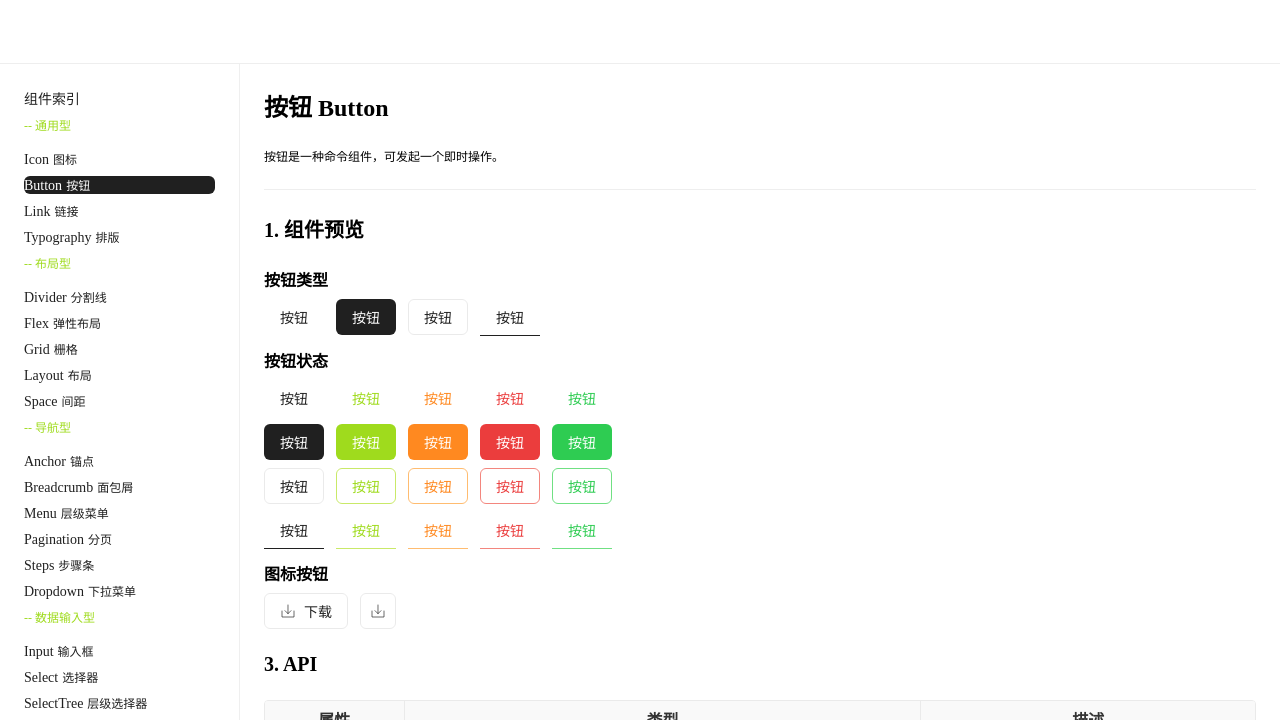
Repository: suminhan007/LandDesign
Page: /
An editor plug-in stored every save of this project. The page is shown before and after the next save, followed by the edit.
The browser window is 1280 px wide. The pictures show the whole page.
An inner scrolling area shows only its first screen. The project was rebuilt for these pictures with package versions that can differ from the ones it lists, and the page was loaded fresh each time. Also part of the build but not shown: vite.config.ts, packages/Pop.tsx, example/components/ComponentPreview.tsx, example/components/IconExample.tsx.

Above is the page before, as saved 2024-03-17 19:17:21.

### index.html
<!DOCTYPE html>
<html lang="en">
  <head>
    <meta charset="UTF-8" />
    <link rel="icon" type="image/svg+xml" href="/vite.svg" />
    <meta name="viewport" content="width=device-width, initial-scale=1.0" />
    <title>Land Design</title>
  </head>
  <body>
    <div id="root"></div>
    <script type="module" src="/example/main.tsx"></script>
  </body>
</html>

### example/App.tsx
import React, { useState } from 'react';
import styled from 'styled-components';
import "./app.css";
import '../style/atomic.scss';
import '../style/variable.scss';

import Button from '../packages/Button';
import Divider from '../packages/Divider';
import Table from '../packages/Table';
import Title from '../packages/Title';
import ComponentPreview from './components/ComponentPreview';

// 引入数据
import {
  COMMON_COMPONENTS_DATA,
  LAYOUT_COMPONENTS_DATA,
  NAV_COMPONENTS_DATA,
  INPUT_COMPONENTS_DATA,
  DISPLAY_COMPONENTS_DATA,
  FEEDBACK_COMPONENTS_DATA,
  TEXT_COMPONENTS_DATA,
  OTHER_COMPONENTS_DATA
} from './mock';

const Nav_Data = [
  { id: 1, data: COMMON_COMPONENTS_DATA, title: '通用型' },
  { id: 2, data: LAYOUT_COMPONENTS_DATA, title: '布局型' },
  { id: 3, data: NAV_COMPONENTS_DATA, title: '导航型' },
  { id: 4, data: INPUT_COMPONENTS_DATA, title: '数据输入型' },
  { id: 5, data: DISPLAY_COMPONENTS_DATA, title: '输入展示型' },
  { id: 6, data: FEEDBACK_COMPONENTS_DATA, title: '反馈型' },
  { id: 7, data: TEXT_COMPONENTS_DATA, title: '文字型' },
  { id: 8, data: OTHER_COMPONENTS_DATA, title: '其他' },
]

function App() {
  const [activedId, setActivedId] = useState<number>(2);
  return (
    <div>
      <StyledTopNav></StyledTopNav>
      <div className='flex'>
        <StyledLeftNav className='flex column gap-20 py-24 px-24 overflow-auto'>
          {/* <Title title='-- 组件索引' type='p' className='my-8' style={{ color: 'var(--color-primary-6)' }} /> */}
              <Button
                text='组件索引'
                width='100%'
                justify='start'
                type={activedId === 0 ? 'background' : 'text'}
                onClick={() => setActivedId(0)}
              />
          {
            Nav_Data.map(navItem =>
              <div className='flex column gap-8'>
                <Title title={`-- ${navItem.title}`} type='p' className='my-8' style={{ color: 'var(--color-primary-6)' }} />
                {
                  navItem.data?.map(navBtnItem =>
                    <Button
                      key={navBtnItem.id}
                      text={navBtnItem.en}
                      subText={navBtnItem.zh}
                      width='100%'
                      justify='start'
                      type={activedId === navBtnItem.id ? 'background' : 'text'}
                      onClick={() => setActivedId(navBtnItem.id)}
                    />
                  )
                }
              </div>
            )
          }
        </StyledLeftNav>
        <StyledRightContent className='flex p-24 overflow-auto'>
          {/* 组件索引 */}
          {activedId === 0 && <ComponentPreview/>}
          {
            activedId != 0 && COMMON_COMPONENTS_DATA.filter(itm => itm.id === activedId).map(item =>
              <div className='width-100 flex column gap-24 mb-24' style={{height: 'fit-content'}}>
                <Title title={`${item.zh} ${item.en}`} type='h1' />
                <Title title={item.desc} type='p'/>
                <Divider />
                <Title title='1. 组件预览' type='h2' />
                  {item.example}
                <Title title='3. API' type='h2' />
                <Table titleData={[{ title: '属性', value: 'props' }, { title: '类型', value: 'type' }, { title: '描述', value: 'desc' }]} data={item.props} style={{ width: '100%' }} />

              </div>
            )
          }
        </StyledRightContent>
      </div>
    </div>
  )
}

const StyledTopNav = styled.div`
  height: 64px;
  border-bottom: 1px solid #eee;
  box-sizing: border-box;
`

const StyledLeftNav = styled.div`
    width: 240px;
    height: calc(100vh - 64px);
    flex-shrink: 0;
    border-right: 1px solid var(--color-border-1);
    box-sizing: border-box;
`

const StyledRightContent = styled.div`
    width: calc(100% - 48px);
    height: calc(100vh - 64px);
    box-sizing: border-box;
`

export default App

### example/app.css
body,
h1,
h2,
h3,
a,
p {
    margin: 0;
    padding: 0;
}

### style/variable.scss
:root{
    // 主题色
    --color-primary-1: #FCFFE8; // 背景
    --color-primary-2: #EDF8BB; // 文字禁用
    --color-primary-3: #DCF190; // 禁用
    --color-primary-4: #C9E968; // 特殊选中 & 边框
    --color-primary-5: #B5E241; // 悬浮 :hover
    --color-primary-6: #9FDB1D; // 常规
    --color-primary-7: #7EB712; // 点击 :active
    --color-primary-8: #5F940A; // 已点击

    // 状态色: success warnning error
    --color-red-1: #FFECE8;
    --color-red-2: #FBCBC4;
    --color-red-3: #F7A9A1;
    --color-red-4: #F3867E;
    --color-red-5: #EF625D;
    --color-red-6: #EB3D3D;
    --color-red-7: #C3262B;
    --color-red-8: #9C141D;

    --color-orange-1: #FFF7E8;
    --color-orange-2: #FFE6C0;
    --color-orange-3: #FFD298;
    --color-orange-4: #FFBC70;
    --color-orange-5: #FFA448;
    --color-orange-6: #FF8920;
    --color-orange-7: #D26614;
    --color-orange-8: #A6490A;

    --color-green-1: #E8FFEA;
    --color-green-2: #BDF5C3;
    --color-green-3: #95EBA1;
    --color-green-4: #70E083;
    --color-green-5: #4ED669;
    --color-green-6: #2ECC52;
    --color-green-7: #1DAC43;
    --color-green-8: #108C35;

    // 链接色
    --color-link-1: #E8F3FF;
    --color-link-2: #BEDAFF;
    --color-link-3: #94BFFF;
    --color-link-4: #6AA1FF;
    --color-link-5: #4080FF;
    --color-link-6: #165DFF;
    --color-link-7: #0E42D2;
    --color-link-8: #072CA6;

    // 标签色 & 数据色
    --color-tag-1: #F53F3F;
    --color-tag-2: #FF7D00;
    --color-tag-3: #23C343;
    --color-tag-4: #14C9C9;
    --color-tag-5: #3491FA;
    --color-tag-6: #8D4EDA;
    --color-tag-7: #FF4A83;
    --color-tag-8: #4e5969;
    --color-tag-9: #DDBEF6;
    --color-tag-10: #FF99B2;
    --color-tag-11: #AFF0B5;

    // 边框色(无交互)
    --color-border-1: #EFEFEF; // 常规
    --color-border-2: #EAEAEA; // 重边框

    // 边框粗细
    --border-1: 1px;
    --border-2: 2px;

    // 背景色
    --color-bg-white: #FFF;
    --color-bg-1: #F9F9F9;
    --color-bg-2: #F6F6F6;
    --color-bg-3: #FAFAFA;

    // 文字色
    --color-text-1: #0D0D0D;
    --color-text-2: #202020;
    --color-text-3: #555;
    --color-text-4: #888;
    --color-text-light: #F9F9F9;
    --color-text-white: #FFF;

    // 字号
    --font-content-small: 12px; // 正文-小
    --font-content-medium: 14px; // 正文-常规
    --font-content-large: 16px; // 正文-大
    --font-title-mini: 12px; // 标题-辅助
    --font-title-small: 16px; // 标题-小
    --font-title-medium: 20px; // 标题-常规
    --font-title-large: 24px; // 标题常-大
    --font-slogan-small: 36px; // 视觉标题-小
    --font-slogan-medium: 48px; // 视觉标题-常规
    --font-slogan-large: 64px; // 视觉标题常-大

    // 字重
    --font-weight-300: 300; // light
    --font-weight-400: 400; // regular
    --font-weight-500: 500; // bold
    --font-weight-500: 600; // heavy

    // 亲密性
    --size-4: 4px;
    --size-8: 8px;
    --size-12: 12px;
    --size-24: 24px;
    --size-36: 36px;
    --size-48: 48px;
    --size-80: 80px;

    // 图标尺寸
    --icon-mini: 12px;
    --icon-small: 16px;
    --icon-medium: 20px;
    --icon-large: 24px;

    // 圆角
    --radius-2: 2px;
    --radius-4: 4px;
    --radius-6: 6px;
    --radius-8: 8px;
    --radius-12: 12px;
    --radius-20: 20px;
    --radius-50: 50%;

    // 间距
    --padding-small: 4px;
    --padding-medium: 8px 16px;
    --padding-large: 16px;

    // 背景模糊
    ---blur-small: blur(10px);
    ---blur-medium: blur(15px);
    ---blur-large: blur(30px);

    // 透明度
    ---opacity-0: 0;
    ---opacity-01: 0.1;
    ---opacity-02: 0.2;
    ---opacity-04: 0.4;
    ---opacity-68: 0.68;
    ---opacity-08: 0.8;
    ---opacity-09: 0.9;
    ---opacity-1: 1;

    // 投影
    --boxshadow-small: 0 0px 4px rgba(0, 0, 0, 0.1);
    --boxshadow-medium: 0 0 10px rgba(0, 0, 0, 0.1);
    --boxshadow-large: 0 0 20px rgba(0, 0, 0, 0.1);

    // 过渡
    --transition-15: 0.15s;
    --transition-2: 0.2s;
    --transition-3: 0.3s;
    --transition-8: 0.8s;

    /****** 暗黑模式 ******/
}

### packages/Button.tsx
import React, { CSSProperties, useMemo } from 'react'
import styled from 'styled-components'
// import { IconLoading } from './Icon';
import Pop, { PopProps } from './Pop';

export type ButtonProps = {
  /* 按钮主要文案 */
  text?: string;
  /* 按钮次要文案 */
  subText?: string;
  /* 按钮图标: 若仅指定 icon 而未指定文案，则渲染为按钮图标（宽高一致） */
  icon?: React.ReactNode;
  /* 设置按钮宽度&高度：设置后 padding 将不起作用 */
  width?: string | number;
  height?: string | number;
  /* 按钮文字对齐方式 */
  justify?: 'center' | 'start' | 'end';
  /* 按钮风格 */
  type?: 'text' | 'background' | 'border' | 'line';
  /* 按钮状态 */
  status?: 'default' | 'primary' | 'warning' | 'danger' | 'success';
  /* 是否禁用 */
  disabled?: boolean;
  /* 是否记载中 */
  loading?: boolean;
  /* 按钮气泡 */
  pop?: React.ReactNode | string;
  /* 气泡配置 */
  PopProps?: PopProps;
  /* 跳转链接：按钮作为 a 标签 */
  href?: string;
  /* a 标签对应的 target 属性 */
  target?: '_self' | '_blank' | '_top' | '_parent';
  /* 按钮点击事件 */
  onClick?: (e: React.UIEvent) => void;
  style?: CSSProperties;
  className?: string;
}

const Button: React.FC<ButtonProps> = ({
  text,
  subText,
  icon,
  width,
  height,
  justify = 'center',
  type = 'border',
  status = 'default',
  disabled,
  loading,
  pop,
  PopProps,
  href,
  target = '_blank',
  onClick,
  style,
  className = ''
}) => {
  /* 仅指定 icon 属性时 iconOnly 默认为true */
  const iconOnly = useMemo(() => {
    if (icon) {
      if (!text && !subText) return true;
    } else {
      return false;
    }
  }, [icon, text, subText])

  // 配置按钮颜色
  const buttonColorConfig = useMemo(() => {
    switch (status) {
      case 'success': return 'var(--color-green-';
      case 'warning': return 'var(--color-orange-';
      case 'danger': return 'var(--color-red-';
      case 'primary': return 'var(--color-primary-';
      default: return '';
    }
  }, [status])
  return (
    <>
      {!href ?
        <StyledButton
          className={`land-button ${type} ${status} ${iconOnly ? 'iconOnly' : ''} ${disabled ? 'disabled' : ''} ${pop ? 'hover-pop' : ''} ${className}`}
          style={style}
          width={width}
          height={height}
          justify={justify}
          color={buttonColorConfig}
          onClick={(e: React.UIEvent) => onClick?.(e)}
        >
          {loading ? <>load</> : icon}
          {!iconOnly && <div>
            <span>{text}</span>
            {subText && <span className='subText'>{subText}</span>}
          </div>}
          {pop && <Pop content={pop} {...PopProps} />}
        </StyledButton>
        :
        <StyleButtonLink
          href={href}
          target={target}
          className={`land-button ${pop ? 'hover-pop' : ''} ${className}`}
          style={style}
          width={width}
          height={height}
          justify={justify}
          color={buttonColorConfig}
          onClick={(e: React.UIEvent) => onClick?.(e)}
        >
          {/* {loading ? <IconLoading /> : icon} */}
          {!iconOnly && <div>
            <span>{text}</span>
            <span className='subText'>{subText}</span>
          </div>}
          {pop && <Pop content={pop} {...PopProps} />}
        </StyleButtonLink>
      }
    </>
  )
}

const StyledButton = styled.div<{
  justify?: any;
  color?: string;
  width?; string;
  height?: string;
}>`
    position: relative;
    display: flex;
    align-items: center;
    justify-content: ${props => props.justify};
    gap: var(--size-8);
    padding: ${props => props.width ? '' : 'var(--padding-medium)'};
    width: ${props => props.width ? props.width : 'fit-content'};
    height: ${props => props.height ? props.height : 'fit-content'};
    color: ${props => props.color ? `${props.color}6)` : 'var(--color-text-2)'};
    &:hover {
      color: ${props => props.color ? `${props.color}5)` : 'var(--color-text-3)'};
    }
    &:active {
      color: ${props => props.color ? `${props.color}7)` : 'var(--color-text-1)'};
    }
    font-size: var(--font-content-medium);
    border-radius: var(--radius-6);
    box-sizing: border-box;
    transition: all var(--transition-15) linear;
    cursor: pointer;
    .subText{
      margin-left: 4px;
      font-size: var(--font-content-small);
      opacity: var(--opacity-68);
    }

    &.text,
    &.border.default {
      &:hover {
        background-color: var(--color-bg-1);
      }
      &:active {
        background-color: var(--color-bg-2);
      }
    }

    &.background {
      color: var(--color-text-white);
      background-color: ${props => `${props.color}6)` };
      &.default {
        background-color: var(--color-text-2);
        &:hover {
          background-color: var(--color-text-1);
        }
        &:active {
          background-color: var(--color-text-1);
        }
      }
      &:hover {
        background-color: ${props => `${props.color}5)` };
      }
      &:active {
        background-color: ${props => `${props.color}7)` };
      }
    }

    &.border {
      padding: 7px 15px;
      border: ${props => `var(--border-1) solid ${props.color}4)`};
      &.default {
        border-color: var(--color-border-2);
      }
      &:hover {
        background-color: ${props => `${props.color}1)` };
      }
      &:active {
        background-color: ${props => `${props.color}2)` };
      }
    }

    &.line {
      border-bottom: var(--border-1) solid transparent;
      border-color: ${props => `${props.color}4)`};
      border-radius: 0;
      &.default {
        border-color: var(--color-text-2);
      }
    }

    &.iconOnly {
      padding: 0;
      width: var(--size-36);
      height: var(--size-36);
    }
    &.disabled {
      opacity: var(--opacity-68);
      cursor: default;
    }
`

const StyleButtonLink = styled.a<{
  justify?: any;
}>`
  ${StyledButton};
  text-decoration: none;
`

export default Button

### packages/Divider.tsx
import React, { CSSProperties } from 'react'

export type DividerProps = {
    /* 分割线方向 */
    direction?: 'row' | 'column';
    /* 分割线粗细 */
    size?: number;
    /* 分割线上下或左右边距 */
    margin?: number;
    /* 分割线类型：实线或者虚线 */
    type?: 'solid' | 'dashed';
    /* 分割线颜色 */
    color?: string;
    /* 分割线包含的内容 */
    content?: React.ReactNode | string;
    /* 分割线包含内容时对齐方式 */
    align?: 'left' | 'center' | 'right';
    style?: CSSProperties;
    className?: string;
}

const Divider: React.FC<DividerProps> = ({
    direction = 'row',
    size = 1,
    margin = 0,
    type = 'solid',
    color = '#eee',
    content,
    align = 'center',
    style,
    className = ''
}) => {
    return (
        <div
            className={`land-divider ${className}`}
            style={{
                display: 'flex',
                alignItems: 'center',
                flexDirection: direction,
                gap: content && '8px',
                width: direction === 'row' ? '100%' : `${size}px`,
                height: direction === 'column' ? '100%' : 'auto',
                margin: direction === 'row' ? `${margin}px 0` : `0 ${margin}px`,
                ...style
            }}
        >
            <div
                style={{
                    flex: align === 'left' ? '10%' : align === 'right' ? '90%' : 1,
                    height: '0px',
                    borderBottom: direction === 'row' ? `${size}px ${type} ${color}` : 'none',
                    borderLeft: direction === 'column' ? `${size}px ${type} ${color}` : 'none',
                }}
            ></div>
            {content &&
                <>
                    <div
                        style={{
                            fontSize: '12px',
                            color: '#999',
                            writingMode: direction === 'column' ? 'vertical-rl' : 'unset',
                            textOrientation: direction === 'column' ? 'upright' : 'unset',
                        }}>
                        {content}
                    </div>
                    <div
                        style={{
                            flex: align === 'left' ? '90%' : align === 'right' ? '10%' : 1,
                            height: '0px',
                            borderBottom: direction === 'row' ? `${size}px ${type} ${color}` : 'none',
                            borderLeft: direction === 'column' ? `${size}px ${type} ${color}` : 'none',
                        }}
                    ></div>
                </>
            }
        </div >
    )
}

export default Divider

### packages/Table.tsx
import React, { CSSProperties } from 'react'
import styled from 'styled-components'

export type TableProps = {
    titleData?: { title: string | React.ReactNode, value: string }[];
    data?: any[]
    style?: CSSProperties;
    className?: string;
}

const Table: React.FC<TableProps> = ({
    titleData,
    data = [],
    style,
    className = ''
}) => {
    return (
        <StyledTable className={`land-table ${className}`} style={style}>
            <thead>
                <tr>
                    {titleData?.map((item1, index1) =>
                        <th key={index1}>{item1.title}</th>
                    )}
                </tr>
            </thead>
            <tbody>
                {data.map(item2 =>
                    <tr>
                        {Object.values(item2).map((item3: any) =>
                            <td>{item3}</td>
                        )}
                    </tr>
                )}
            </tbody>
        </StyledTable>
    )
}

const StyledTable = styled.table`
    border-spacing: 0px;
    border: 1px solid #eaeaea;
    border-radius: 4px;
    overflow: hidden;
    thead {
        background-color: #f9f9f9;
        td {
            text-align: center;
        }
    }
    tbody tr td{
        border-top: 1px solid #eaeaea;
    }
    thead tr th:not(:last-child),
    tbody tr td:not(:last-child) {
        border-right: 1px solid #eaeaea;
    }
    td,th {
        padding: 8px 16px;
        box-sizing: border-box;
        color: #333;
        line-height: 1.5em;
    }
`

export default Table;

### packages/Title.tsx
import React, { CSSProperties } from 'react'
import styled from 'styled-components'

export type TitleProps = {
  /* 标题内容 */
  title?: string;
  /* 标题层级 */
  type?: 'h1' | 'h2' | 'h3' | 'p';
  /* 标题前缀 */
  prefix?: string;
  /* 标题角标 */
  sub?: string | React.ReactNode;
  style?: CSSProperties;
  className?: string;
  onClick?: () => void;
}

const Pop: React.FC<TitleProps> = ({
  title,
  type = 'h1',
  prefix,
  sub,
  style,
  className = '',
  onClick
}) => {
  return (
    <StyledTitle className={`land-title ${className}`} style={style} onClick={() => onClick?.()}>
      {prefix && <span className='land-title-prefix'>{prefix}</span>}
      {type === 'h1' && <h1>{title}</h1>}
      {type === 'h2' && <h2>{title}</h2>}
      {type === 'h3' && <h3>{title}</h3>}
      {type === 'p' && <p>{title}</p>}
      {sub && typeof (sub) === 'string' ? <div className='land-title-sub'>{sub}</div> : <>{sub}</>}
    </StyledTitle>
  )
}

const StyledTitle = styled.div`
  position: relative;
  display: flex;
  align-items: center;
  gap: 8px;
  width: fit-content;
  font-weight: 600;
  h1 {
    font-size: 24px;
  }
  h2 {
    font-size: 20px;
  }
  h3 {
    font-size: 16px;
  }
  p {
    font-size: 12px;
    font-weight: 400;
  }
  .land-title-sub{
    position: absolute;
    top: -30%;
    right: -50%;
    padding: 2px 4px;
    font-size: 8px;
    font-weight: 400;
    color: white;
    background-color: #202023;
    border-radius: 4px;
  }
`

export default Pop

### example/components/ButtonExample.tsx
import React from 'react';
import Title from '../../packages/Title';
import Button from '../../packages/Button';
import { IconDownload } from '../../packages/Icon';

export default function ButtonExample() {
  return (
    <div className='flex column gap-12'>
      <div className='flex column gap-8'>
        <Title title='按钮类型' type='h3' />
          <div className='flex gap-12'>
            <Button text='按钮' type='text' />
            <Button text='按钮' type='background' />
            <Button text='按钮' type='border' />
            <Button text='按钮' type='line'/>
          </div>
      </div>

      <div className='flex column gap-8'>
          <Title title='按钮状态' type='h3' />
          <div className='flex gap-12'>
            <Button text='按钮' type='text' status='default' />
            <Button text='按钮' type='text' status='primary' />
            <Button text='按钮' type='text' status='warning' />
            <Button text='按钮' type='text' status='danger' />
            <Button text='按钮' type='text' status='success'/>
        </div>
        <div className='flex gap-12'>
          <Button text='按钮' type='background' status='default'/>
          <Button text='按钮' type='background' status='primary'/>
          <Button text='按钮' type='background' status='warning'/>
          <Button text='按钮' type='background' status='danger'/>
          <Button text='按钮' type='background' status='success'/>
        </div>
        <div className='flex gap-12'>
          <Button text='按钮' type='border' status='default'/>
          <Button text='按钮' type='border' status='primary'/>
          <Button text='按钮' type='border' status='warning'/>
          <Button text='按钮' type='border' status='danger'/>
          <Button text='按钮' type='border' status='success'/>
        </div>
        <div className='flex gap-12'>
          <Button text='按钮' type='line' status='default'/>
          <Button text='按钮' type='line' status='primary'/>
          <Button text='按钮' type='line' status='warning'/>
          <Button text='按钮' type='line' status='danger'/>
          <Button text='按钮' type='line' status='success'/>
          </div>
      </div>

      <div className='flex column gap-8'>
        <Title title='图标按钮' type='h3' />
          <div className='flex gap-12'>
          <Button text='下载' type='border' icon={<IconDownload />} />
          <Button type='border' icon={<IconDownload />} />
          </div>
      </div>
    </div>
  )
}

Loaded but not shown: example/main.tsx (common file); packages/Icon.tsx (581 lines, source omitted); example/mock.tsx (558 lines, source omitted); style/atomic.scss (516 lines, source omitted)

After the next save:
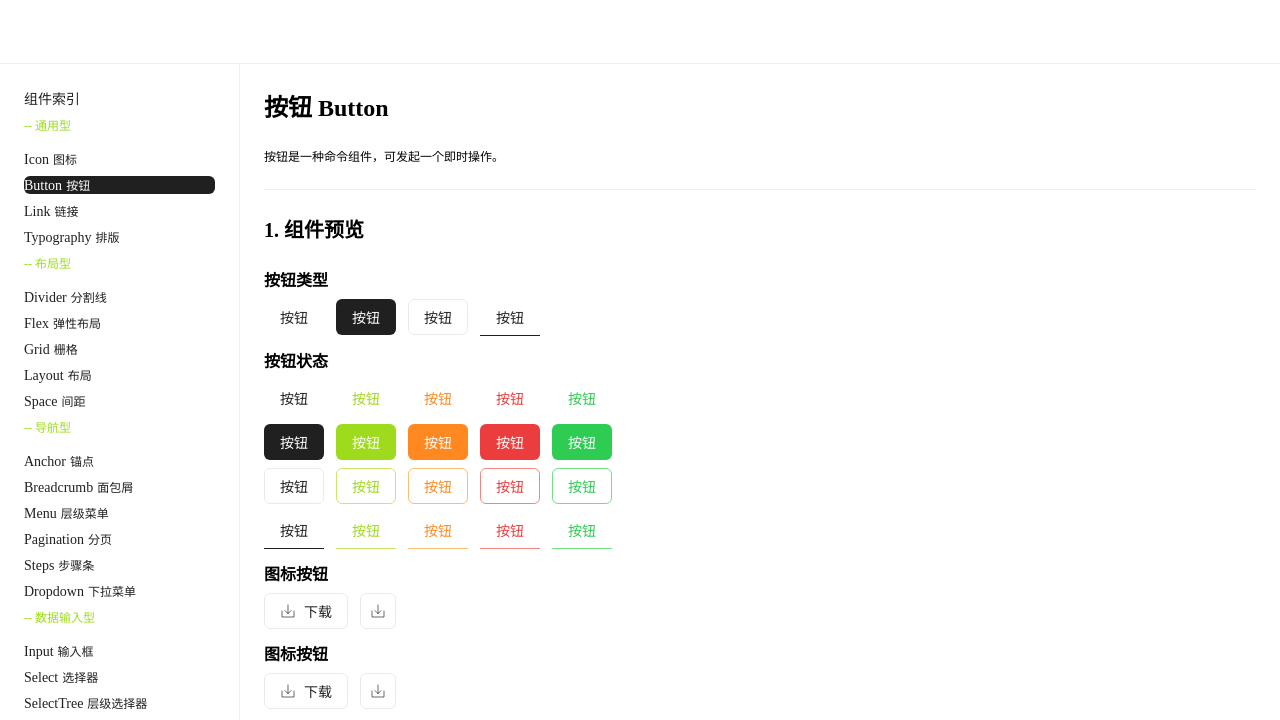
Saved 14 s later.
--- a/example/components/ButtonExample.tsx
+++ b/example/components/ButtonExample.tsx
@@ -55,6 +55,14 @@ export default function ButtonExample() {
           <Button type='border' icon={<IconDownload />} />
           </div>
       </div>
+
+      <div className='flex column gap-8'>
+        <Title title='图标按钮' type='h3' />
+          <div className='flex gap-12'>
+          <Button text='下载' type='border' icon={<IconDownload />} />
+          <Button type='border' icon={<IconDownload />} />
+          </div>
+      </div>
     </div>
   )
 }
